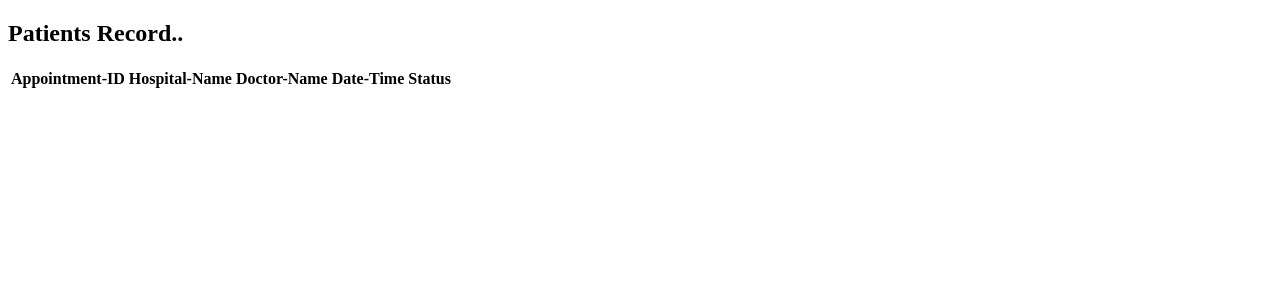
Repository: anujsoni10001/JSP-Servlet
Page: http://localhost/Minor/patientrecord.jsp
An editor plug-in stored every save of this project. The page is shown before and after the next save, followed by the edit.
The browser window is 1280 px wide. The pictures show the whole page.
The page is served by Tomcat 9. Other server files are loaded and not shown. Queries for data that is not in the repository find no rows.

Above is the page before, as saved 2019-03-23 04:53:08.

### FinalProject/minor - Copy/Minor/WebContent/patientrecord.jsp
<%@page import="pp.RegisteredDao"%>
<%@ page language="java" contentType="text/html; charset=ISO-8859-1"
    pageEncoding="ISO-8859-1"%>
<!DOCTYPE html PUBLIC "-//W3C//DTD HTML 4.01 Transitional//EN" "http://www.w3.org/TR/html4/loose.dtd">
<html>
<head>
<meta http-equiv="Content-Type" content="text/html; charset=ISO-8859-1">
<title>Insert title here</title>
</head>
<h2>Patients Record..</h2>
<body>
<%
pp.RegisteredDao rd=new RegisteredDao();
java.util.ArrayList<pp.PatientAccountBean> a1=rd.ShowallPatient();
%>
<table>
<tr>
<th>Appointment-ID</th>
<th>Hospital-Name</th>
<th>Doctor-Name</th>
<th>Date-Time</th>
<th>Status</th>
</tr>
<%
for(pp.PatientAccountBean p:a1)
{

}
%>
</table>
</body>
</html>

### FinalProject/minor - Copy/Minor/src/pp/RegisteredDao.java
package pp;
import java.sql.*;
import pp.PatientAccountBean;

public class RegisteredDao {
Connection con;
public Connection getConnect() throws ClassNotFoundException, SQLException
{
Class.forName("com.mysql.cj.jdbc.Driver");
con=DriverManager.getConnection("jdbc:mysql://localhost:3306/minor","root","root");
return con;
}
public java.util.ArrayList<PatientAccountBean> ShowPro(String email) throws ClassNotFoundException, SQLException
{
java.util.ArrayList<PatientAccountBean> a1=new java.util.ArrayList<pp.PatientAccountBean>();
con=getConnect();
String qr="select * from accounts where Email=?";
PreparedStatement ps=con.prepareStatement(qr);
ps.setString(1,email);
ResultSet rs=ps.executeQuery();
while(rs.next())
{
pp.PatientAccountBean p=new pp.PatientAccountBean();
p.setFirstName(rs.getString("FirstName"));
p.setLastName(rs.getString("LastName"));
p.setTelephone(rs.getString("Telephone"));
p.setAddress(rs.getString("Address"));
p.setAccountId(rs.getInt("AccountId"));
a1.add(p);
}
con.close();
return a1;
}
public int update(PatientAccountBean p) throws ClassNotFoundException, SQLException
{
int i=0;
con=getConnect();
///Remember Query///
//update table tablename -XXXX...//
//Wrong Syntax Putted...in the Mid-Sam-Exam//
String qr="update accounts set LastName=?,FirstName=?,Telephone=?,Address=? where Email=?";
PreparedStatement ps=con.prepareStatement(qr);
ps.setString(1,p.getLastName());
ps.setString(2,p.getFirstName());
ps.setString(3,p.getTelephone());
ps.setString(4,p.getAddress());
ps.setString(5,p.getEmail());
i=ps.executeUpdate();
con.close();
return i;
}
public java.util.ArrayList<Doctor> ShowPro() throws ClassNotFoundException, SQLException
{
java.util.ArrayList<Doctor> a1=new java.util.ArrayList<pp.Doctor>();
con=getConnect();
String qr="select * from doctor";
Statement st=con.createStatement();
ResultSet rs=st.executeQuery(qr);
while(rs.next())
{
pp.Doctor p=new pp.Doctor();
p.setDoctorId(rs.getInt("DoctorId"));
a1.add(p);
}
con.close();
return a1;
}
public java.util.ArrayList<Doctor> ShowPro(int id) throws ClassNotFoundException, SQLException
{
java.util.ArrayList<Doctor> a1=new java.util.ArrayList<pp.Doctor>();
con=getConnect();
String qr="select * from doctor,specialty,hospital where doctor.SpecialtyId=specialty.SpecialtyId and DoctorId=? and doctor.HospitalId=hospital.HospitalId";
PreparedStatement ps=con.prepareStatement(qr);
ps.setInt(1,id);
ResultSet rs=ps.executeQuery();
while(rs.next())
{
pp.Doctor p=new pp.Doctor();
p.setDcotorName(rs.getString("DcotorName"));
p.setDescription(rs.getString("Description"));
p.setHospitalName(rs.getString("HospitalName"));
p.setHospitalId(rs.getString("HospitalId"));
p.setYearOfExperience(rs.getInt("YearOfExperience"));
a1.add(p);
}
con.close();
return a1;
}
public int addPro(pp.Appointment a) throws ClassNotFoundException, SQLException
{
int i=0;
con=getConnect();
 ///Remember Query///
//insert table tablename -XXXX...Wrong//
//Wrong Syntax Putted...in the Mid-Sam-Exam//
String qr="insert into Appointment(DoctorId,HospitalId,Date,BookedbyAccountId,Status) values(?,?,?,?,?)";
PreparedStatement ps=con.prepareStatement(qr);
ps.setString(1,a.getDoctorId());
ps.setString(2,a.getHospitalId());
ps.setString(3,a.getDate());
ps.setInt(4,a.getAppointmentId());
ps.setString(5,a.getStatus());
i=ps.executeUpdate();
con.close();
return i;
}
public java.util.ArrayList<pp.Appointment> ShowAppoint(int bbyid) throws ClassNotFoundException, SQLException
{
java.util.ArrayList<pp.Appointment> a1=new java.util.ArrayList<pp.Appointment>();
con=getConnect();
String qr="select * from Appointment,doctor,Accounts,Hospital where Appointment.DoctorId=doctor.DoctorId and AccountId=BookedByAccountId and doctor.HospitalId=Hospital.HospitalId and BookedbyAccountId=?";
PreparedStatement ps=con.prepareStatement(qr);
ps.setInt(1,bbyid);
ResultSet rs=ps.executeQuery();
while(rs.next())
{
pp.Appointment a=new Appointment();
a.setAppointmentId(rs.getInt("AppointmentId"));
a.setHospitalName(rs.getString("HospitalName"));
a.setDoctorName(rs.getString("DcotorName"));
a.setDate(rs.getString("Date"));
a.setStatus(rs.getString("Status"));
a.setChargesRM(rs.getDouble("ChargesRM"));
a1.add(a);
}
con.close();
return a1;
}
public int updateAppoint(pp.Appointment a) throws ClassNotFoundException, SQLException
{
int i=0;
con=getConnect();
///Remember Query///
//update table tablename -XXXX...//
//Wrong Syntax Putted...in the Mid-Sam-Exam//
String qr="update appointment set DoctorId=?,HospitalId=?,Date=?,BookedbyAccountId=? where AppointmentId=?";
PreparedStatement ps=con.prepareStatement(qr);
ps.setString(1,a.getDoctorId());
ps.setString(2,a.getHospitalId());
ps.setString(3,a.getDate());
ps.setInt(4,a.getBookedbyAccountId());
ps.setInt(5,a.getAppointmentId());
i=ps.executeUpdate();
con.close();
return i;
}
public int delete(Appointment a) throws ClassNotFoundException, SQLException
{
int i=0;
con=getConnect();
///Remember Query///
//delete table tablename -XXXX...Wrong//
//Wrong Syntax Putted...in the Mid-Sam-Exam//
String qr="delete from Appointment where AppointmentId=?";
PreparedStatement ps=con.prepareStatement(qr);
ps.setInt(1,a.getAppointmentId());
i=ps.executeUpdate();
con.close();
return i;
}
public boolean VerifyCard(Creditcard c) throws ClassNotFoundException, SQLException
{
con=getConnect();
String qr="select * from creditcard where CardNo=? and ExpiryDate=? and SecurityCode=? and CardType=?";

PreparedStatement ps=con.prepareStatement(qr);
ps.setString(1,c.getCardNo());
ps.setString(2,c.getExpiryDate());
ps.setString(3,c.getSecurityCode());
ps.setString(4,c.getCardType());
ResultSet rs=ps.executeQuery();
if(rs.next())
{
con.close();
return true;
}
else
{
con.close();
return false;
}
}
public int updateAppointStatus(pp.Appointment a) throws ClassNotFoundException, SQLException
{
int i=0;
con=getConnect();
///Remember Query///
//update table tablename -XXXX...//
//Wrong Syntax Putted...in the Mid-Sam-Exam//
String qr="update appointment set Status=? where AppointmentId=?";
PreparedStatement ps=con.prepareStatement(qr);
ps.setString(1,a.getStatus());
ps.setInt(2,a.getAppointmentId());
i=ps.executeUpdate();
con.close();
return i;
}
public java.util.ArrayList<pp.Appointment> ShowCompletedAppoint(int bbyid) throws ClassNotFoundException, SQLException
{
java.util.ArrayList<pp.Appointment> a1=new java.util.ArrayList<pp.Appointment>();
con=getConnect();
String qr="select * from Appointment,doctor,Accounts,Hospital where Appointment.DoctorId=doctor.DoctorId and AccountId=BookedByAccountId and doctor.HospitalId=Hospital.HospitalId and BookedbyAccountId=? and Status='Completed'";
PreparedStatement ps=con.prepareStatement(qr);
ps.setInt(1,bbyid);
ResultSet rs=ps.executeQuery();
while(rs.next())
{
pp.Appointment a=new Appointment();
a.setAppointmentId(rs.getInt("AppointmentId"));
a.setHospitalName(rs.getString("HospitalName"));
a.setDoctorName(rs.getString("DcotorName"));
a.setDate(rs.getString("Date"));
a.setStatus(rs.getString("Status"));
a.setChargesRM(rs.getDouble("ChargesRM"));
a1.add(a);
}
con.close();
return a1;
}
public int addPro(pp.Rating r) throws ClassNotFoundException, SQLException
{
int i=0;
con=getConnect();
 ///Remember Query///
//insert table tablename -XXXX...Wrong//
//Wrong Syntax Putted...in the Mid-Sam-Exam//
String qr="insert into rating values(?,?)";
PreparedStatement ps=con.prepareStatement(qr);
ps.setString(1,r.getAppointmentId());
ps.setInt(2,r.getConsultationRating());
i=ps.executeUpdate();
con.close();
return i;
}
public java.util.ArrayList<pp.Hospital> ShowHospital() throws ClassNotFoundException, SQLException
{
java.util.ArrayList<Hospital> a1=new java.util.ArrayList<pp.Hospital>();
con=getConnect();
String qr="select * from hospital";
Statement st=con.createStatement();
ResultSet rs=st.executeQuery(qr);
while(rs.next())
{
pp.Hospital h=new pp.Hospital();
h.setHospitalName(rs.getString("HospitalName"));
a1.add(h);
}
con.close();
return a1;
}
public java.util.ArrayList<pp.Hospital> ShowHospitalId(String HospitalName) throws ClassNotFoundException, SQLException
{
java.util.ArrayList<Hospital> a1=new java.util.ArrayList<pp.Hospital>();
con=getConnect();
String qr="select * from hospital where HospitalName=?";
PreparedStatement ps=con.prepareStatement(qr);
ps.setString(1,HospitalName);
ResultSet rs=ps.executeQuery();
while(rs.next())
{
pp.Hospital h=new pp.Hospital();
h.setHospitalId(rs.getString("HospitalId"));
a1.add(h);
}
con.close();
return a1;
}
public int addStaff(pp.Staff s) throws ClassNotFoundException, SQLException
{
int i=0;
con=getConnect();
 ///Remember Query///
//insert table tablename -XXXX...Wrong//
//Wrong Syntax Putted...in the Mid-Sam-Exam//
String qr="insert into staff values(?,?,?,?,?,?,?,?,?,?)";
PreparedStatement ps=con.prepareStatement(qr);
ps.setInt(1,s.getStaffId());
ps.setString(2,s.getEmail());
ps.setString(3,s.getPassword());
ps.setString(4,s.getFirstName());
ps.setString(5,s.getLastName());
ps.setString(6,s.getICNumber());
ps.setString(7,s.getTelephone());
ps.setString(8,s.getAddress());
ps.setString(9,s.getPosition());
ps.setString(10,s.getHospitalId());
i=ps.executeUpdate();
con.close();
return i;
}
public java.util.ArrayList<PatientAccountBean> ShowallPatient() throws ClassNotFoundException, SQLException
{
java.util.ArrayList<PatientAccountBean> a1=new java.util.ArrayList<pp.PatientAccountBean>();
con=getConnect();
String qr="select * from accounts";
Statement st=con.createStatement();
ResultSet rs=st.executeQuery(qr);
while(rs.next())
{
pp.PatientAccountBean p=new pp.PatientAccountBean();
p.setFirstName(rs.getString("FirstName"));
p.setLastName(rs.getString("LastName"));
p.setTelephone(rs.getString("Telephone"));
p.setAddress(rs.getString("Address"));
p.setAccountId(rs.getInt("AccountId"));
p.setEmail(rs.getString("Email"));
a1.add(p);
}
con.close();
return a1;
}
public int updateStaffPatient(PatientAccountBean p) throws ClassNotFoundException, SQLException
{
int i=0;
con=getConnect();
///Remember Query///
//update table tablename -XXXX...//
//Wrong Syntax Putted...in the Mid-Sam-Exam//
String qr="update accounts set LastName=?,FirstName=?,Telephone=?,Address=?,Email=? where AccountId=?";
PreparedStatement ps=con.prepareStatement(qr);
ps.setString(1,p.getLastName());
ps.setString(2,p.getFirstName());
ps.setString(3,p.getTelephone());
ps.setString(4,p.getAddress());
ps.setString(5,p.getEmail());
ps.setInt(6,p.getAccountId());
i=ps.executeUpdate();
con.close();
return i;
}
public int delete(pp.PatientAccountBean p) throws ClassNotFoundException, SQLException
{
int i=0;
con=getConnect();
///Remember Query///
//delete table tablename -XXXX...Wrong//
//Wrong Syntax Putted...in the Mid-Sam-Exam//
String qr="delete from accounts where AccountId=?";
PreparedStatement ps=con.prepareStatement(qr);
ps.setInt(1,p.getAccountId());
i=ps.executeUpdate();
con.close();
return i;
}
}

After the next save:
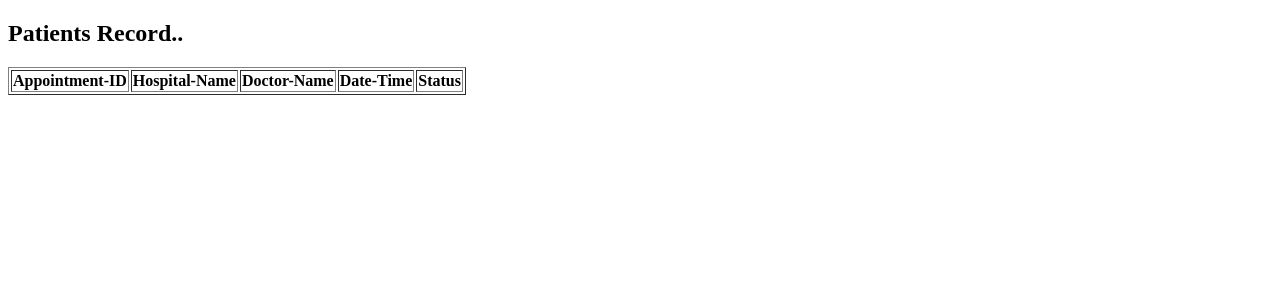
Saved 9 s later.
--- a/FinalProject/minor - Copy/Minor/WebContent/patientrecord.jsp
+++ b/FinalProject/minor - Copy/Minor/WebContent/patientrecord.jsp
@@ -13,7 +13,7 @@
 pp.RegisteredDao rd=new RegisteredDao();
 java.util.ArrayList<pp.PatientAccountBean> a1=rd.ShowallPatient();
 %>
-<table>
+<table border=1>
 <tr>
 <th>Appointment-ID</th>
 <th>Hospital-Name</th>
